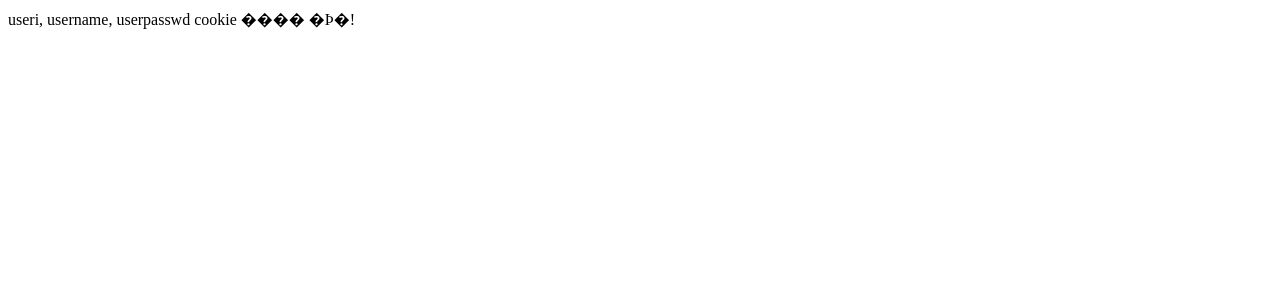
Repository: 2ujin/2018-PHP-afterschool
Page: http://localhost/CH08/02_cookie1.php
The author's editor kept a copy of each file at every save. The page is drawn from the files as they stood at one save, then again after the next save.
The browser window is 1280 px wide. The pictures show the whole page.
The page is run by PHP 8.4 with error messages shown; the project is at /var/www/html/.

Above is the page before, as saved 2018-08-01 00:48:37.

After the next save:
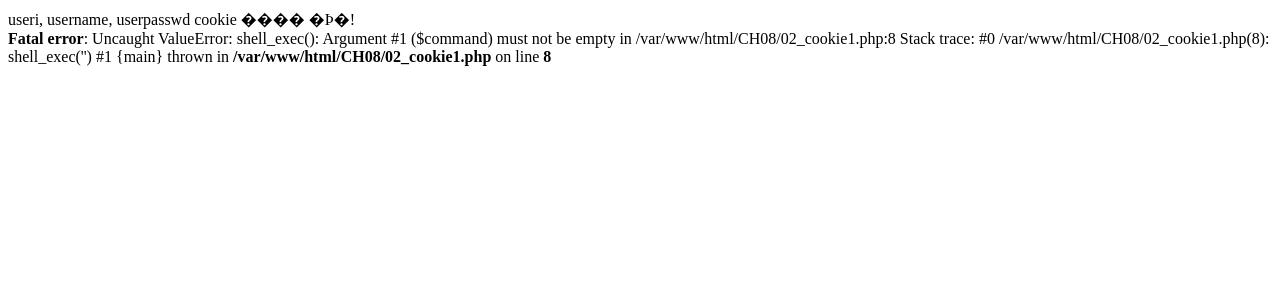
Saved 9 s later.
--- a/PHPStudy/CH08/02_cookie1.php
+++ b/PHPStudy/CH08/02_cookie1.php
@@ -5,5 +5,5 @@
 
 if($uid and $name)
     echo "useri, username, userpasswd cookie 생성 완료!";
-
+``
 ?>

After the save that followed:
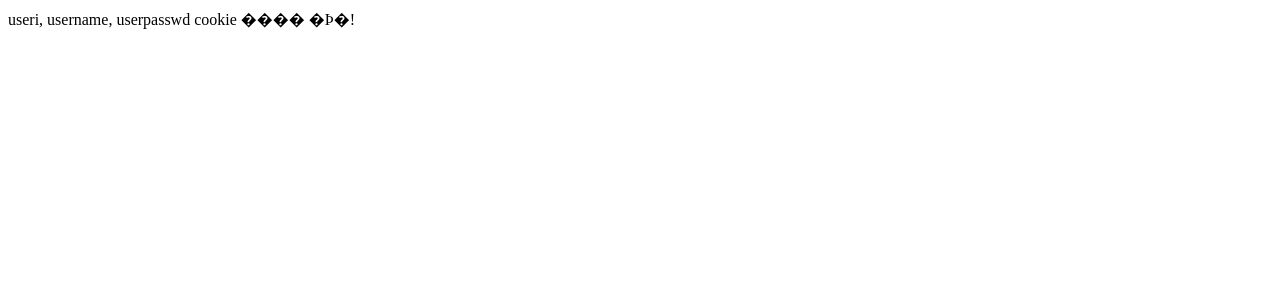
Saved 59 s later.
--- a/PHPStudy/CH08/02_cookie1.php
+++ b/PHPStudy/CH08/02_cookie1.php
@@ -5,5 +5,4 @@
 
 if($uid and $name)
     echo "useri, username, userpasswd cookie 생성 완료!";
-``
 ?>
